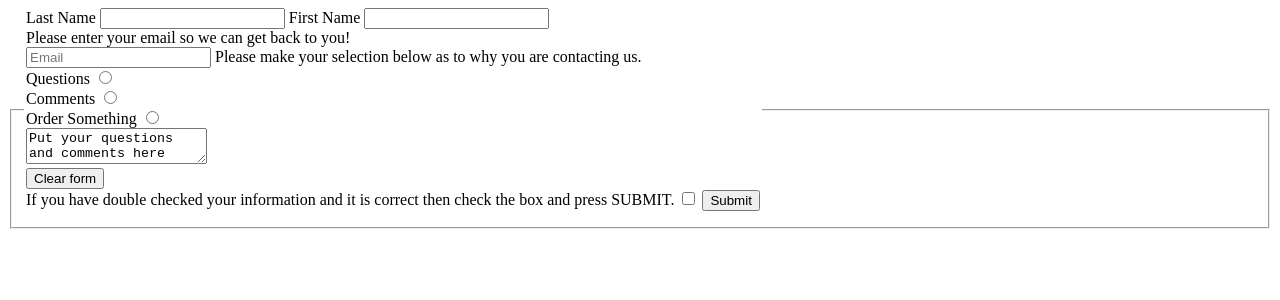
Repository: nsisk1/web-page-project
Page: contact-us.html
These files come from the project's save history. The page is drawn as it stood at one moment and after the next save; the edit follows.
The browser window is 1280 px wide. The pictures show the whole page.

Above is the page before, as saved 2024-07-14 10:09:01.

After the next save:
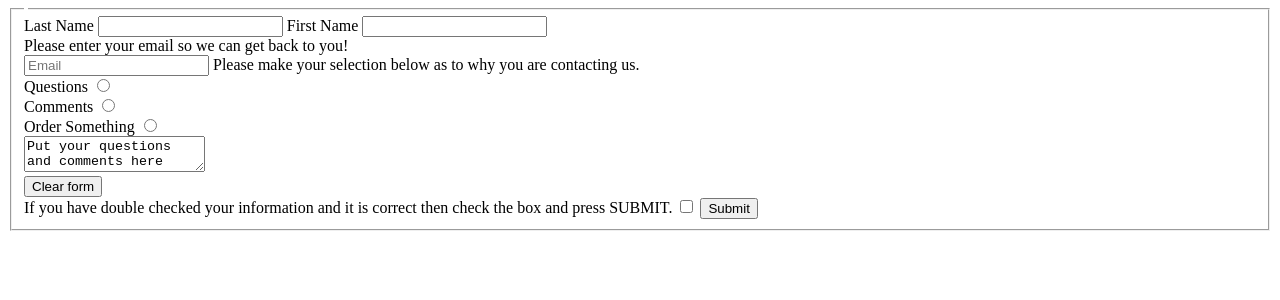
Saved 12 s later.
--- a/contact-us.html
+++ b/contact-us.html
@@ -6,7 +6,7 @@
     <body>
         <form id="myMailerForm" action="mailto:nsisk1@student.dallascollege.edu" method="post">
             <fieldset>
-                <legend
+                <legend></legend>
             <label>Last Name
                 <input type="text" name="lastname" required>
             </label>
